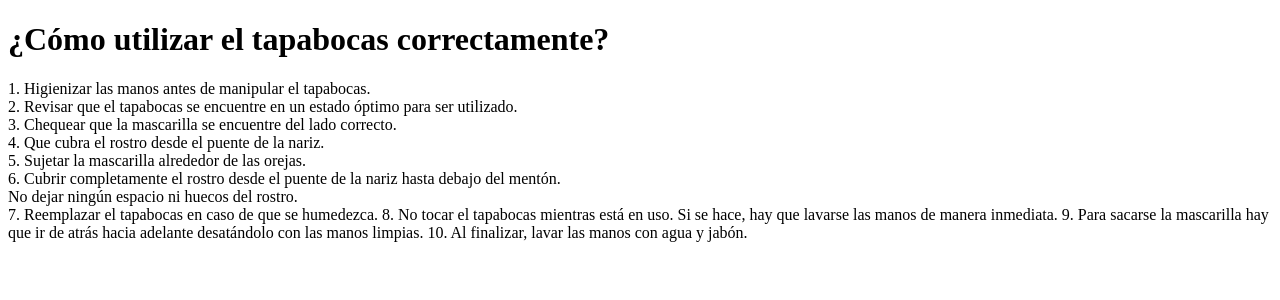
Repository: gustavomanfre/Curso_Front_End_Digitalers
Page: Unidad1/M1 - Laboratorio_01/index.html
These files come from the project's save history. The page is drawn as it stood at one moment and after a run of saves; the edit follows.
The browser window is 1280 px wide. The pictures show the whole page.

Above is the page before, as saved 2022-05-25 18:17:28.

After the next 2 saves:
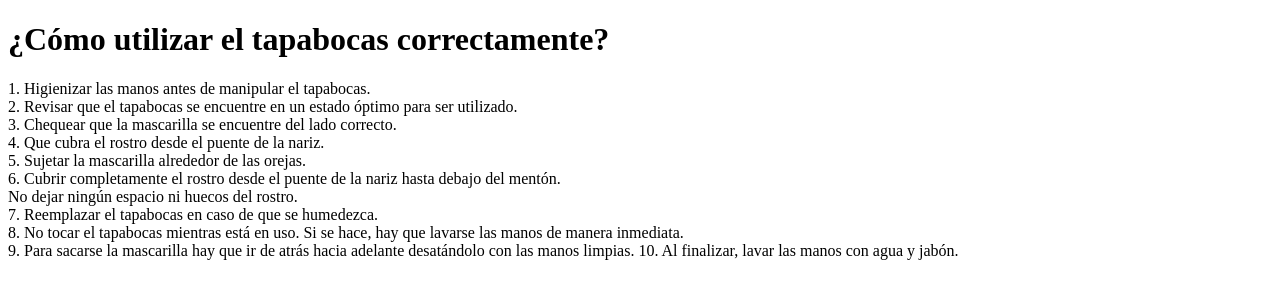
The 2 saves are shown as one change because they came seconds apart.
The last was saved 70 s later.
--- a/Unidad1/M1 - Laboratorio_01/index.html
+++ b/Unidad1/M1 - Laboratorio_01/index.html
@@ -18,8 +18,8 @@
         5. Sujetar la mascarilla alrededor de las orejas.<br>
         6. Cubrir completamente el rostro desde el puente de la nariz hasta debajo del mentón.<br>
         No dejar ningún espacio ni huecos del rostro.<br>
-        7. Reemplazar el tapabocas en caso de que se humedezca.
-        8. No tocar el tapabocas mientras está en uso. Si se hace, hay que lavarse las manos de manera inmediata.
+        7. Reemplazar el tapabocas en caso de que se humedezca.<br>
+        8. No tocar el tapabocas mientras está en uso. Si se hace, hay que lavarse las manos de manera inmediata.<br>
         9. Para sacarse la mascarilla hay que ir de atrás hacia adelante desatándolo con las manos limpias.
         10. Al finalizar, lavar las manos con agua y jabón.
     </p>
